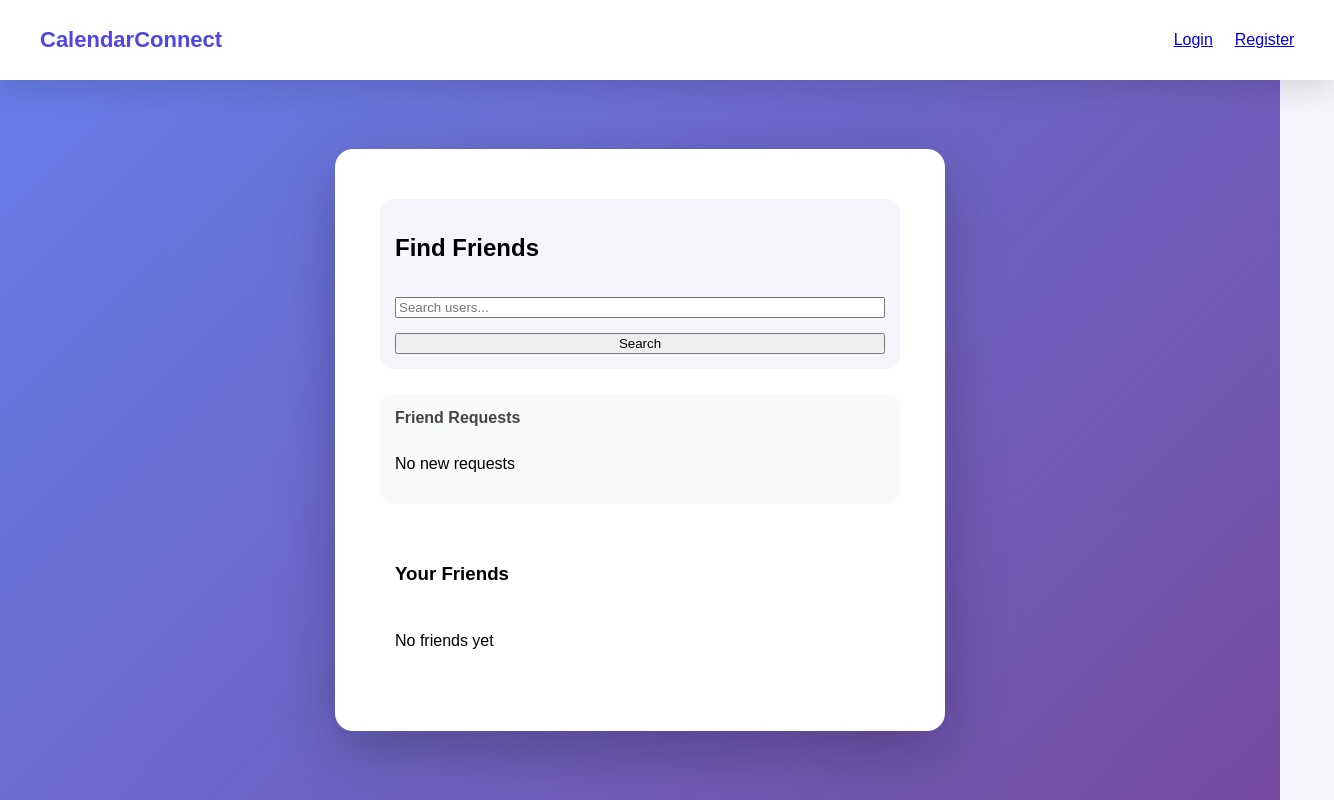
Repository: BMXracer44/CalendarConnect
Page: /friends (app in frontend/)
These files come from the project's save history. The page is drawn as it stood at one moment and after the next save; the edit follows.
The browser window is 1280 px wide. The page is 1334 px wide, so the pictures cover 1334 px, including what lies to the right of the window. The pictures show the whole page.
The project was rebuilt for these pictures with package versions that can differ from the ones it lists, and the page was loaded fresh each time. Also part of the build but not shown: frontend/src/pages/Login.jsx, frontend/src/pages/Register.jsx, frontend/src/pages/Profile.jsx, frontend/src/pages/Calendar.jsx.

Above is the page before, as saved 2026-05-01 14:48:37.

### frontend/src/index.js
import React from "react";
import ReactDOM from "react-dom/client";
import App from "./App";
import { AuthProvider } from "./context/AuthContext";
import { router } from "./router";
import { RouterProvider } from "react-router-dom";
import "./index.css";

ReactDOM.createRoot(document.getElementById("root")).render(
  <AuthProvider>
    <RouterProvider router={router} />
  </AuthProvider>
);

### frontend/src/App.js
import { Outlet } from "react-router-dom";
import Navbar from "./components/Navbar";
import "./index.css";

function App() {
  return (
    <div>
      <Navbar />
      <Outlet />
    </div>
  );
}

export default App;

### frontend/src/context/AuthContext.js
import { createContext, useState } from "react";

export const AuthContext = createContext();

export const AuthProvider = ({ children }) => {

  const [user, setUser] = useState(() => {
    const storedUser = localStorage.getItem("user");
    return storedUser ? JSON.parse(storedUser) : null;
  });

  const login = (response) => {
    const userData = response.data;

    localStorage.setItem("user", JSON.stringify(userData));
    setUser(userData);
  };

  const logout = () => {
    localStorage.removeItem("user");
    setUser(null);
  };

  return (
    <AuthContext.Provider value={{ user, login, logout }}>
      {children}
    </AuthContext.Provider>
  );
};

### frontend/src/router.jsx
import { createBrowserRouter } from "react-router-dom";
import App from "./App";
import Login from "./pages/Login";
import Register from "./pages/Register";
import Home from "./pages/Home";
import Profile from "./pages/Profile";
import Calendar from "./pages/Calendar";
import Friends from "./pages/Friends";

export const router = createBrowserRouter([
  {
    path: "/",
    element: <App />,
    children: [
      { index: true, element: <Login /> },
      { path: "register", element: <Register /> },
      { path: "calendar", element: <Calendar /> },
      { path: "profile", element: <Profile /> },
      { path: "friends", element: <Friends /> }
    ]
  }
]);

### frontend/src/index.css
/* =========================
   GLOBAL
========================= */
body {
  margin: 0;
  font-family: Arial, sans-serif;
  background: #f4f6fb;
}

/* =========================
   NAVBAR
========================= */
.navbar {
  width: 98%;
  height: 80px;

  display: flex;
  justify-content: space-between;
  align-items: center;

  padding: 0 40px;

  background: rgba(255, 255, 255, 0.92);
  backdrop-filter: blur(12px);

  box-shadow: 0 10px 30px rgba(0, 0, 0, 0.12);

  position: sticky;
  top: 0;
  z-index: 1000;
}

.navbar-left {
  font-size: 22px;
  font-weight: 800;
  color: #4f46e5;
}

.navbar-right {
  display: flex;
  align-items: center;
  gap: 22px;
}

.nav-link {
  text-decoration: none;
  font-size: 15px;
  font-weight: 600;
  color: #555;
  padding: 10px 12px;
  border-radius: 10px;
  transition: 0.2s ease;
}

.nav-link:hover {
  background: rgba(102, 126, 234, 0.12);
  color: #4f46e5;
}

.nav-user {
  font-size: 14px;
  font-weight: 600;
  color: #333;
  padding: 8px 12px;
  border-radius: 10px;
  background: rgba(102, 126, 234, 0.08);
}

.nav-button {
  padding: 10px 16px;

  border-radius: 10px;
  border: none;

  background: linear-gradient(135deg, #667eea, #764ba2);
  color: white;

  font-size: 13px;
  font-weight: 600;

  cursor: pointer;

  transition: 0.2s ease;
}

.nav-button:hover {
  transform: translateY(-2px);
  box-shadow: 0 8px 18px rgba(102, 126, 234, 0.35);
}

/* =========================
   LOGIN / REGISTER / PROFILE BACKGROUND
========================= */
.login-container {
  min-height: calc(100vh - 80px);

  display: flex;
  justify-content: center;
  align-items: center;

  padding: 40px 20px;

  background: linear-gradient(135deg, #667eea, #764ba2);
}

/* =========================
   LOGIN CARD
========================= */
.login-card {
  width: 100%;
  max-width: 520px;

  background: #ffffff;

  padding: 50px 45px;

  border-radius: 18px;

  box-shadow: 0 20px 60px rgba(0, 0, 0, 0.25);

  text-align: center;

  animation: fadeIn 0.4s ease-in-out;
}

.login-card h2 {
  font-size: 30px;
  margin-bottom: 10px;
  color: #333;
}

.login-card p {
  font-size: 15px;
  color: #777;
}

.login-card input {
  width: 100%;

  padding: 14px 16px;
  margin-top: 14px;

  border: 1px solid #ddd;
  border-radius: 12px;

  font-size: 15px;

  outline: none;
  transition: 0.25s ease;
}

.login-card input:focus {
  border-color: #667eea;
  box-shadow: 0 0 10px rgba(102, 126, 234, 0.35);
}

.login-card button {
  width: 100%;

  padding: 14px;

  margin-top: 22px;

  background: #667eea;
  color: white;

  border: none;
  border-radius: 12px;

  font-size: 16px;
  font-weight: bold;

  cursor: pointer;

  transition: 0.2s ease;
}

.login-card button:hover {
  background: #5a67d8;
  transform: translateY(-2px);
}

/* =========================
   PROFILE LAYOUT (LEFT / RIGHT)
========================= */
.profile-container {
  min-height: calc(100vh - 80px);

  display: flex;
  justify-content: center;
  align-items: center;

  padding: 40px 20px;

  background: linear-gradient(135deg, #667eea, #764ba2);
}

.profile-card {
  width: 100%;
  max-width: 900px;

  background: white;

  padding: 40px;

  border-radius: 18px;

  box-shadow: 0 20px 60px rgba(0,0,0,0.25);

  display: flex;
  gap: 30px;
}

.profile-left {
  flex: 1;

  background: #f4f6fb;

  padding: 25px;

  border-radius: 14px;
}

.profile-right {
  flex: 2;
}

.profile-right input {
  width: 100%;

  padding: 14px 16px;
  margin-top: 12px;

  border: 1px solid #ddd;
  border-radius: 12px;

  font-size: 14px;

  outline: none;
}

.profile-right input:focus {
  border-color: #667eea;
  box-shadow: 0 0 10px rgba(102, 126, 234, 0.35);
}

.profile-right button {
  width: 100%;

  padding: 14px;

  margin-top: 20px;

  background: #667eea;
  color: white;

  border: none;
  border-radius: 12px;

  font-weight: bold;

  cursor: pointer;
}

.profile-right button:hover {
  transform: translateY(-2px);
}

/* =========================
   FRIENDS PAGE
========================= */
.friends-container {
  min-height: calc(100vh - 80px);

  display: flex;
  justify-content: center;
  align-items: flex-start;

  padding: 40px 20px;

  background: linear-gradient(135deg, #667eea, #764ba2);
}

.friends-card {
  width: 100%;
  max-width: 600px;

  background: white;

  padding: 40px;

  border-radius: 18px;

  box-shadow: 0 20px 60px rgba(0,0,0,0.25);
}

/* =========================
   CALENDAR PAGE
========================= */
.calendar-page {
  min-height: calc(100vh - 80px);

  display: flex;
  justify-content: center;
  align-items: flex-start;

  padding: 40px 20px;

  background: linear-gradient(135deg, #667eea, #764ba2);
}

/* =========================
   MODAL
========================= */
.modal-overlay {
  position: fixed;
  inset: 0;

  background: rgba(0,0,0,0.55);

  display: flex;
  justify-content: center;
  align-items: center;

  z-index: 9999;
}

.modal-box {
  width: 420px;

  background: white;

  padding: 45px 40px;

  border-radius: 18px;

  box-shadow: 0 20px 60px rgba(0,0,0,0.25);
}

/* =========================
   ADD EVENT BUTTON
========================= */
.addevent {
  padding: 12px 18px;

  border: none;
  border-radius: 12px;

  background: linear-gradient(135deg, #667eea, #764ba2);
  color: white;

  font-weight: 700;

  cursor: pointer;

  transition: 0.2s ease;
}

.addevent:hover {
  transform: translateY(-2px);
}

/* =========================
   ANIMATION
========================= */
@keyframes fadeIn {
  from {
    opacity: 0;
    transform: translateY(15px);
  }
  to {
    opacity: 1;
    transform: translateY(0);
  }
}
/* =========================
   MODAL HEADER (TITLE + ICONS)
========================= */
.modal-header {
  display: flex;
  justify-content: space-between;
  align-items: center;
  margin-bottom: 25px;
}

.modal-header h2 {
  margin: 0;
  font-size: 22px;
  color: #333;
}

/* ACTION ICONS (edit + close) */
.modal-actions {
  display: flex;
  gap: 14px;
}

.modal-actions span {
  font-size: 18px;
  padding: 6px 10px;
  border-radius: 10px;
  transition: 0.2s ease;
}

.modal-actions span:hover {
  background: rgba(102, 126, 234, 0.15);
  color: #4f46e5;
}

/* =========================
   FORM INPUTS (CREATE + EDIT)
========================= */
.modal-box input {
  width: 100%;

  padding: 13px 15px;
  margin-top: 12px;

  border: 1px solid #ddd;
  border-radius: 12px;

  font-size: 14px;

  outline: none;
  transition: 0.25s ease;
}

.modal-box input:focus {
  border-color: #667eea;
  box-shadow: 0 0 10px rgba(102, 126, 234, 0.35);
}

/* =========================
   TEXTAREA (if you upgrade later)
========================= */
.modal-box textarea {
  width: 100%;

  padding: 13px 15px;
  margin-top: 12px;

  border: 1px solid #ddd;
  border-radius: 12px;

  font-size: 14px;

  resize: none;
  outline: none;
}

/* =========================
   BUTTONS (CREATE / SAVE / CANCEL)
========================= */
.modal-box button {
  width: 100%;

  padding: 13px;
  margin-top: 18px;

  border-radius: 12px;
  border: none;

  font-size: 14px;
  font-weight: 600;

  cursor: pointer;
  transition: 0.2s ease;
}

/* PRIMARY BUTTON */
.modal-box button[type="submit"] {
  background: linear-gradient(135deg, #667eea, #764ba2);
  color: white;
}

.modal-box button[type="submit"]:hover {
  transform: translateY(-2px);
  box-shadow: 0 10px 20px rgba(102, 126, 234, 0.35);
}

/* CANCEL BUTTON */
.modal-box button[type="button"] {
  background: #f1f3f8;
  color: #444;
}

.modal-box button[type="button"]:hover {
  background: #e5e7eb;
}

/* =========================
   EVENT DETAILS DISPLAY
========================= */
.modal-box p {
  margin: 10px 0;
  font-size: 14px;
  color: #444;
}

.modal-box p b {
  font-size: 16px;
  color: #222;
}

/* =========================
   MODAL IMPROVEMENTS
========================= */
.modal-box {
  animation: fadeIn 0.3s ease;
}

.modal-overlay {
  backdrop-filter: blur(6px);
}
/* =========================
   FIND FRIENDS BUTTON
========================= */
.open-search-btn {
  padding: 12px 18px;

  border: none;
  border-radius: 12px;

  background: linear-gradient(135deg, #667eea, #764ba2);
  color: white;

  font-size: 13px;
  font-weight: 700;

  cursor: pointer;

  transition: 0.2s ease;

  box-shadow: 0 8px 18px rgba(102, 126, 234, 0.25);
}

.open-search-btn:hover {
  transform: translateY(-2px);
  box-shadow: 0 12px 24px rgba(102, 126, 234, 0.35);
}

.open-search-btn:active {
  transform: translateY(0px);
  box-shadow: 0 6px 14px rgba(102, 126, 234, 0.25);
}
.friends-search input {
  width: 94%;

  padding: 16px 18px;

  border: 1px solid #ddd;
  border-radius: 12px;

  font-size: 16px;

  outline: none;

  transition: 0.25s ease;
}

.friends-search input:focus {
  border-color: #667eea;
  box-shadow: 0 0 10px rgba(102, 126, 234, 0.35);
}
.friends-search button {
  margin-top: 12px;
  width: 100%;

  padding: 13px;

  border: none;
  border-radius: 12px;

  background: linear-gradient(135deg, #667eea, #764ba2);
  color: white;

  font-size: 14px;
  font-weight: 700;

  cursor: pointer;

  transition: 0.2s ease;

  box-shadow: 0 8px 18px rgba(102, 126, 234, 0.25);
}

.friends-search button:hover {
  transform: translateY(-2px);
  box-shadow: 0 12px 24px rgba(102, 126, 234, 0.35);
}

.friends-search button:active {
  transform: translateY(0px);
}
/* =========================
   ERROR POPUP (CONFLICT / SERVER ERRORS)
========================= */
.error-popup {
  position: fixed;
  top: 25px;
  left: 50%;
  transform: translateX(-50%);
  z-index: 10000;

  background: white;
  border-left: 6px solid #ef4444;

  padding: 14px 18px;
  border-radius: 12px;

  box-shadow: 0 10px 25px rgba(0,0,0,0.2);

  animation: fadeIn 0.3s ease;
  min-width: 280px;
}

.error-popup p {
  margin: 0;
  font-size: 14px;
  color: #333;
  font-weight: 600;
}

.error-box {
  display: flex;
  justify-content: space-between;
  align-items: center;
  gap: 12px;
}

/* CLOSE BUTTON */
.error-box button {
  background: #ef4444;
  color: white;

  border: none;
  border-radius: 8px;

  padding: 6px 10px;

  cursor: pointer;
  font-size: 12px;
  font-weight: 600;

  transition: 0.2s ease;
}

.error-box button:hover {
  background: #dc2626;
  transform: translateY(-1px);
}
.nav-bell {
  position: relative;
}

.dropdown {
  position: absolute;
  right: 0;
  top: 40px;
  background: white;
  padding: 10px;
  border-radius: 10px;
  width: 200px;
}
.friends-card {
  display: flex;
  flex-direction: column;
  gap: 25px;
}

/* =========================
   FRIENDS HEADER
========================= */
.friends-header {
  display: flex;
  justify-content: space-between;
  align-items: center;
}

.friends-header h2 {
  margin: 0;
  font-size: 22px;
  color: #333;
}

/* =========================
   SEARCH SECTION (TOP)
========================= */
.search-dropdown {
  display: flex;
  flex-direction: column;
  gap: 15px;

  padding: 15px;

  background: #f4f6fb;
  border-radius: 14px;
}

/* =========================
   FRIEND REQUESTS SECTION
========================= */
.friends-requests {
  display: flex;
  flex-direction: column;
  gap: 12px;

  padding: 15px;

  background: #f9fafc;
  border-radius: 14px;
}

.friends-requests h3 {
  margin: 0;
  font-size: 16px;
  color: #444;
}

/* =========================
   FRIENDS LIST SECTION
========================= */
.friends-list {
  display: flex;
  flex-direction: column;
  gap: 12px;

  padding: 15px;

  background: #ffffff;
  border-radius: 14px;
}

/* =========================
   EACH FRIEND ROW
========================= */
.friend-item {
  display: flex;
  justify-content: space-between;
  align-items: center;

  padding: 12px 14px;

  background: #f4f6fb;
  border-radius: 12px;

  transition: 0.2s ease;
}

.friend-item:hover {
  transform: translateY(-2px);
  box-shadow: 0 6px 14px rgba(0,0,0,0.08);
}

/* =========================
   SMALL BUTTON STYLE INSIDE LIST
========================= */
.friend-item button {
  padding: 8px 12px;

  border: none;
  border-radius: 10px;

  background: linear-gradient(135deg, #667eea, #764ba2);
  color: white;

  font-size: 12px;
  font-weight: 600;

  cursor: pointer;

  transition: 0.2s ease;
}

.friend-item button:hover {
  transform: translateY(-1px);
}
.friends-container {
  min-height: calc(100vh - 80px);

  display: flex;
  justify-content: center;
  align-items: center;

  padding: 40px 20px;

  background: linear-gradient(135deg, #667eea, #764ba2);
}

/* SAME STYLE AS LOGIN CARD */
.friends-card {
  width: 100%;
  max-width: 520px;

  background: #ffffff;

  padding: 50px 45px;

  border-radius: 18px;

  box-shadow: 0 20px 60px rgba(0, 0, 0, 0.25);

  display: flex;
  flex-direction: column;

  gap: 25px;

  animation: fadeIn 0.4s ease-in-out;
}

### frontend/src/components/Navbar.jsx
import { useContext, useEffect, useState } from "react";
import { AuthContext } from "../context/AuthContext";
import { Link, useNavigate } from "react-router-dom";

const Navbar = () => {
  const { user, logout } = useContext(AuthContext);
  const navigate = useNavigate();

  const [requests, setRequests] = useState([]);
  const [showRequests, setShowRequests] = useState(false);

  const handleLogout = () => {
    logout();
    navigate("/");
  };

  const loadRequests = async () => {
    try {
      const res = await fetch(
        `http://localhost:8080/api/friends/requests/${user.id}`
      );

      const data = await res.json();
      setRequests(Array.isArray(data) ? data : []);
    } catch (err) {
      console.error(err);
    }
  };

  useEffect(() => {
    if (!user?.id) return;

    loadRequests();

    const interval = setInterval(loadRequests, 5000);

    return () => clearInterval(interval);
  }, [user]);

  const acceptFriend = async (fromId) => {
    await fetch(
      `http://localhost:8080/api/friends/accept?from=${fromId}&to=${user.id}`,
      { method: "POST" }
    );

    loadRequests();
  };

  return (
    <nav className="navbar">
      <div className="navbar-left">CalendarConnect</div>

      <div className="navbar-right">
        {!user ? (
          <>
            <Link to="/">Login</Link>
            <Link to="/register">Register</Link>
          </>
        ) : (
          <>
            {/* 🔔 */}
            <div className="nav-bell">
              <button onClick={() => setShowRequests(!showRequests)}>
                🔔 {requests.length > 0 && `(${requests.length})`}
              </button>

              {showRequests && (
                <div className="dropdown">
                  <h4>Requests</h4>

                  {requests.map((r) => (
                    <div key={r.id}>
                      <span>{r.username}</span>

                      <button onClick={() => acceptFriend(r.requesterId)}>
                        Accept
                      </button>
                    </div>
                  ))}
                </div>
              )}
            </div>

            <Link to="/profile">{user.username}</Link>
            <Link to="/calendar">Calendar</Link>
            <Link to="/friends">Friends</Link>

            <button onClick={handleLogout}>Logout</button>
          </>
        )}
      </div>
    </nav>
  );
};

export default Navbar;

### frontend/src/pages/Friends.jsx
import { useContext, useEffect, useState } from "react";
import { AuthContext } from "../context/AuthContext";

const Friends = () => {
  const { user } = useContext(AuthContext);

  const [search, setSearch] = useState("");
  const [results, setResults] = useState([]);

  const [friends, setFriends] = useState([]);
  const [requests, setRequests] = useState([]);

  // ================= LOAD FRIENDS =================
  const loadFriends = () => {
    fetch(`http://localhost:8080/api/friends/${user.id}`)
      .then((res) => res.json())
      .then((data) => setFriends(data))
      .catch(() => console.log("Failed to load friends"));
  };

  // ================= LOAD REQUESTS =================
  const loadRequests = () => {
    fetch(`http://localhost:8080/api/friends/requests/${user.id}`)
      .then((res) => res.json())
      .then((data) => setRequests(data))
      .catch(() => console.log("Failed to load requests"));
  };

  useEffect(() => {
    if (user?.id) {
      loadFriends();
      loadRequests();
    }
  }, [user]);

  // ================= SEARCH USERS =================
  const searchUsers = () => {
    fetch(
      `http://localhost:8080/api/user/search?query=${search}&currentUserId=${user.id}`
    )
      .then((res) => res.json())
      .then((data) => setResults(data))
      .catch(() => console.log("Search failed"));
  };

  // ================= SEND REQUEST =================
  const addFriend = (toId) => {
    fetch(
      `http://localhost:8080/api/friends/add?from=${user.id}&to=${toId}`,
      { method: "POST" }
    )
      .then(() => alert("Friend request sent"))
      .catch((err) => console.log("Add friend error:", err));
  };

  // ================= ACCEPT REQUEST =================
  const acceptFriend = (fromId) => {
    fetch(
      `http://localhost:8080/api/friends/accept?from=${fromId}&to=${user.id}`,
      { method: "POST" }
    )
      .then(() => {
        loadFriends();
        loadRequests();
      })
      .catch(() => console.log("Accept failed"));
  };

  return (
    <div className="friends-container">
      <div className="friends-card">

        {/* ================= SEARCH (TOP) ================= */}
        <div className="search-dropdown">
          <h2>Find Friends</h2>

          <input
            type="text"
            placeholder="Search users..."
            value={search}
            onChange={(e) => setSearch(e.target.value)}
          />

          <button onClick={searchUsers}>Search</button>

          {results.map((u) => (
            <div className="friend-item" key={u.id}>
              <span>{u.username}</span>
              <button onClick={() => addFriend(u.id)}>Add</button>
            </div>
          ))}
        </div>

        {/* ================= FRIEND REQUESTS ================= */}
        <div className="friends-requests">
          <h3>Friend Requests</h3>

          {requests.length === 0 && <p>No new requests</p>}

          {requests.map((r) => (
            <div className="friend-item" key={r.id}>
              <span>{r.username}</span>
              <button onClick={() => acceptFriend(r.id)}>
                Accept
              </button>
            </div>
          ))}
        </div>

        {/* ================= FRIENDS LIST ================= */}
        <div className="friends-list">
          <h3>Your Friends</h3>

          {friends.length === 0 && <p>No friends yet</p>}

          {friends.map((f) => (
            <div className="friend-item" key={f.id}>
              <span>{f.username}</span>
            </div>
          ))}
        </div>

      </div>
    </div>
  );
};

export default Friends;

Loaded but not shown: frontend/src/pages/Home.jsx (no stored copy; drawn as an empty file)

After the next save:
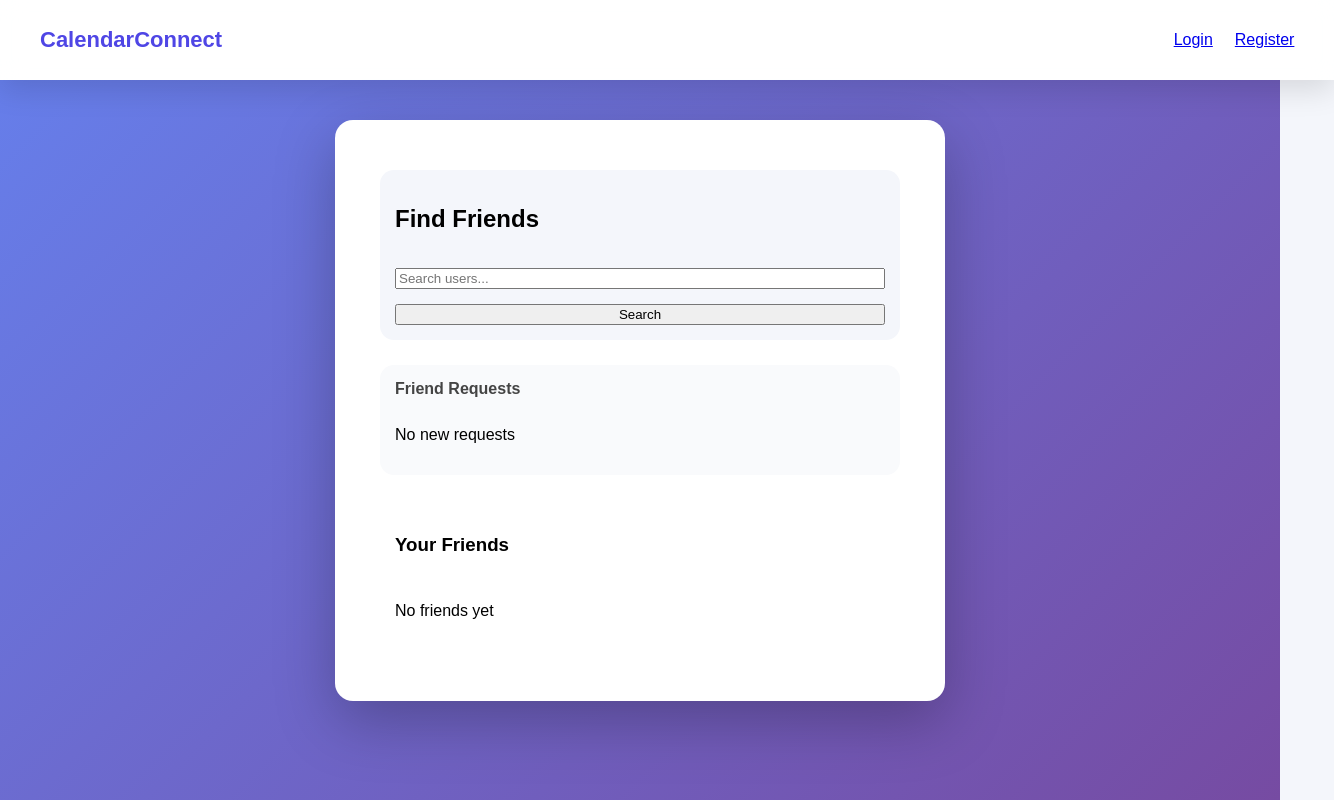
Saved 14 s later.
--- a/frontend/src/index.css
+++ b/frontend/src/index.css
@@ -807,3 +807,34 @@ body {
 
   animation: fadeIn 0.4s ease-in-out;
 }
+/* =========================
+   FRIENDS PAGE (LOGIN STYLE)
+========================= */
+.friends-container {
+  min-height: calc(100vh - 80px);
+
+  display: flex;
+  justify-content: center;
+  align-items: flex-start;
+
+  padding: 40px 20px;
+
+  background: linear-gradient(135deg, #667eea, #764ba2);
+}
+
+.friends-card {
+  width: 100%;
+  max-width: 520px;
+
+  background: white;
+
+  padding: 50px 45px;
+
+  border-radius: 18px;
+
+  box-shadow: 0 20px 60px rgba(0, 0, 0, 0.25);
+
+  display: flex;
+  flex-direction: column;
+  gap: 25px;
+}
